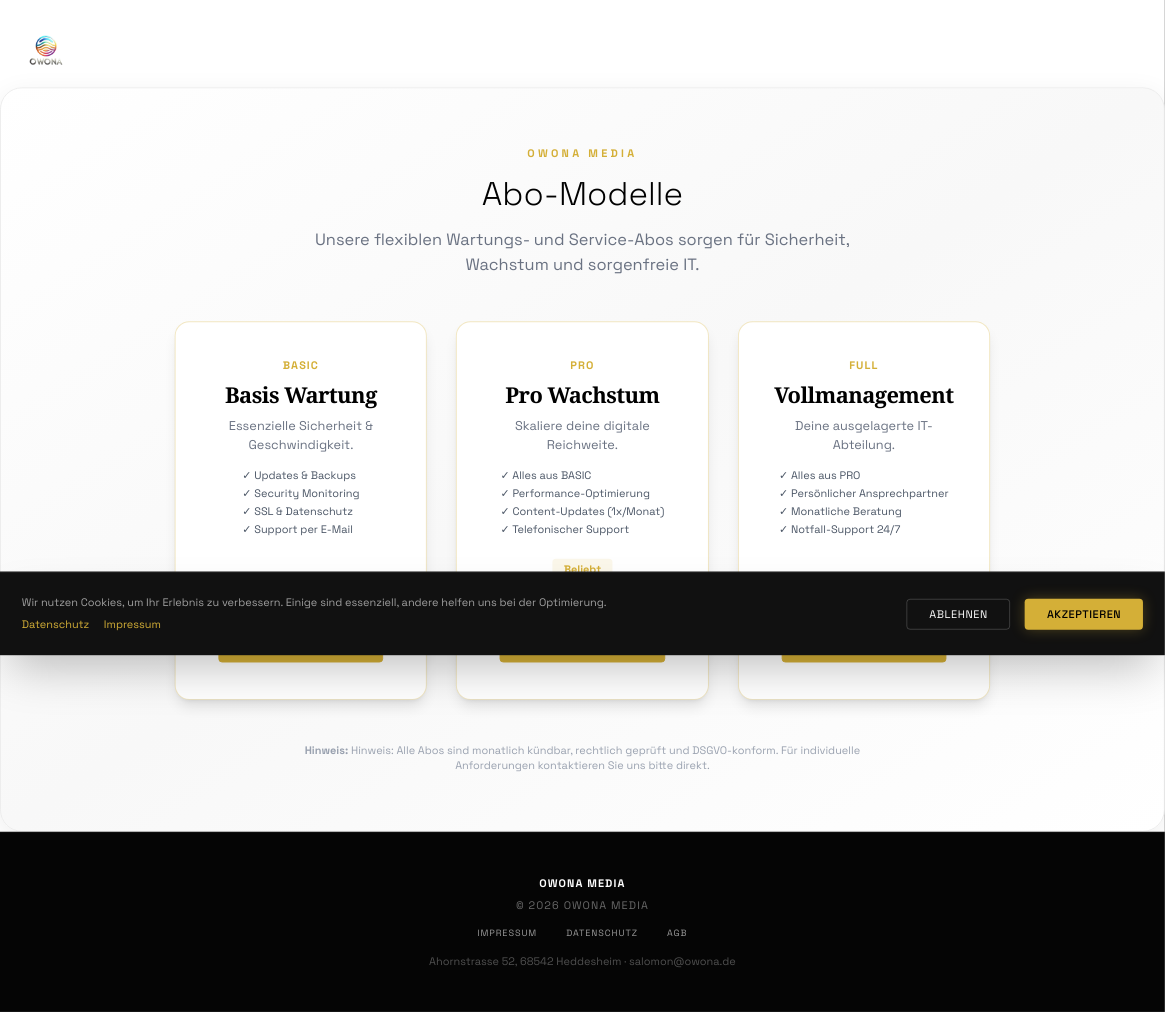
Repository: OwonaMedia/OMedia
Page: /abo
An editor plug-in stored every save of this project. The page is shown before and after the next save, followed by the edit.
The browser window is 1280 px wide. The pictures show the whole page, at 91% of full size.
The project was rebuilt for these pictures with package versions that can differ from the ones it lists, and the page was loaded fresh each time. Also part of the build but not shown: src/pages/Home.tsx, src/pages/Login.tsx, src/pages/dashboard/Overview.tsx, src/pages/dashboard/Projects.tsx, src/pages/dashboard/Invoices.tsx, src/pages/dashboard/Files.tsx, src/pages/dashboard/Settings.tsx, src/pages/Dashboard.tsx and 7 more. Imported but missing from the stored project, and not drawn on this page: src/pages/legal/AGB, src/pages/legal/Datenschutz, src/pages/legal/Impressum.

Above is the page before, as saved 2026-01-20 18:13:17.

After the next save:
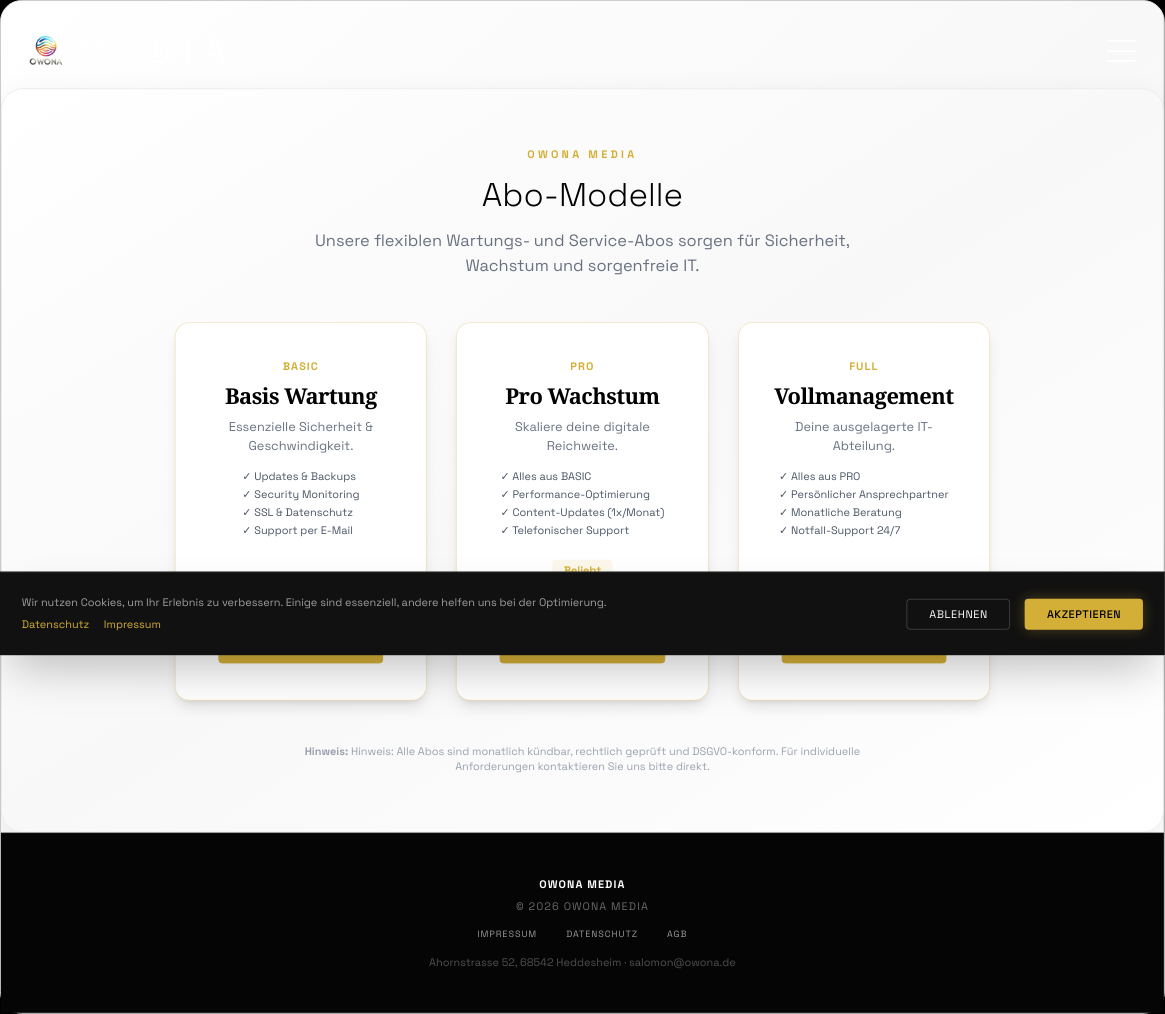
Saved 2 min 27 s later.
--- a/src/components/layout/Layout.tsx
+++ b/src/components/layout/Layout.tsx
@@ -9,9 +9,21 @@ interface LayoutProps {
   darkBg?: boolean; // true = schwarzer Hintergrund (Hauptseite), false = weißer Hintergrund
 }
 
+
+import { useLocation } from 'react-router-dom';
+
 export default function Layout({ children, darkBg = true }: LayoutProps) {
+  const location = typeof window !== 'undefined' ? window.location : { pathname: '/' };
+  // Hauptseite: / (index)
+  const isIndex = location.pathname === '/';
+  const whiteBgClass = !darkBg && !isIndex
+    ? 'bg-gradient-to-br from-white via-[#f8f8f8] to-white shadow-[0_8px_32px_rgba(0,0,0,0.07)] rounded-3xl border border-[#ececec] text-black'
+    : darkBg
+      ? 'bg-black text-white'
+      : 'bg-white text-black';
+
   return (
-    <div className={darkBg ? 'bg-black text-white' : 'bg-white text-black'}>
+    <div className={whiteBgClass}>
       {/* Sterne-Hintergrund nur auf dunklen Seiten */}
       {darkBg && <div className="stars" />}
 
